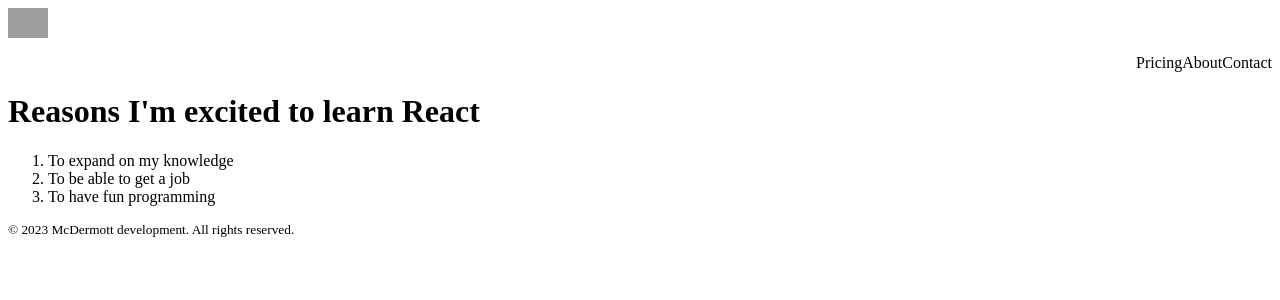
Repository: evemcd/scrimba-react1
Page: index.html
The author's editor kept a copy of each file at every save. The page is drawn from the files as they stood at one save, then again after the next save.
The browser window is 1280 px wide. The pictures show the whole page.
Pictures or frames that could not be fetched are drawn as grey boxes. Some web libraries are served in a nearby version.

Above is the page before, as saved 2023-07-31 12:45:52.

After the next save:
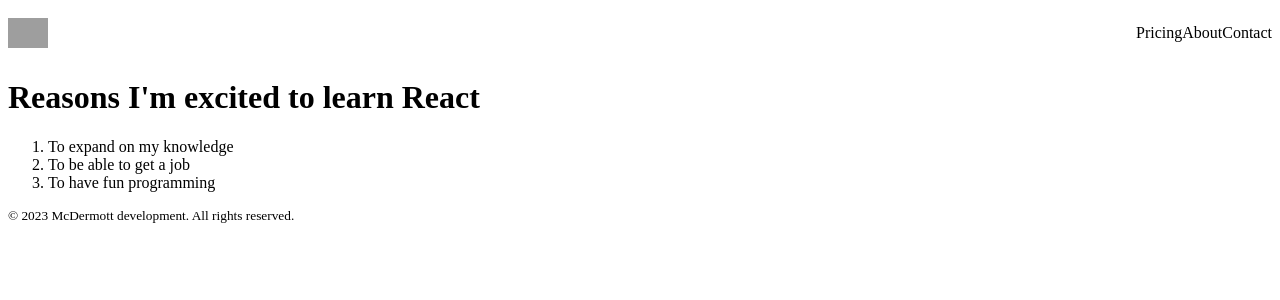
Saved 40 s later.
--- a/index.css
+++ b/index.css
@@ -1,3 +1,9 @@
+.nav {
+    display: flex;
+    justify-content: space-between;
+    align-items: center;
+}
+
 .nav-items {
     list-style: none;
     display: flex;
